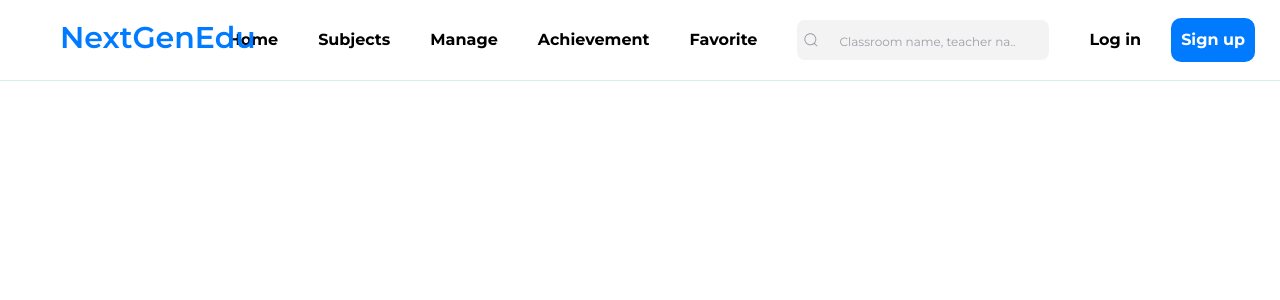
Repository: khoilvgcc210040/nextgenedu
Page: http://localhost/
These files come from the project's save history. The page is drawn as it stood at one moment and after the next save; the edit follows.
The browser window is 1280 px wide. The pictures show the whole page.
The page is served by the project's application, run on Django 5.2 (manage.py). Other server files are loaded and not shown.

Above is the page before, as saved 2024-08-11 21:42:06.

### home/templatetags/filters.py
from django import template

register = template.Library()

@register.filter(name='range')
def filter_range(start, end):
    return range(start, end)

### templates/home.html
{% load static %}
<!DOCTYPE html>
<html lang="en">
<head>
    <meta charset="UTF-8">
    <meta name="viewport" content="width=device-width, initial-scale=1.0">
    <title>Home</title>
    <!-- Bootstrap CSS -->
    <link href="https://stackpath.bootstrapcdn.com/bootstrap/4.5.2/css/bootstrap.min.css" rel="stylesheet">
</head>
<style>
    @import url('https://fonts.googleapis.com/css2?family=Montserrat:ital,wght@0,100..900;1,100..900&family=Roboto:ital,wght@0,100;0,300;0,400;0,500;0,700;0,900;1,100;1,300;1,400;1,500;1,700;1,900&display=swap');
    body, html {
        margin: 0;
        padding: 0;
        height: 100%;
        font-family: "Montserrat", sans-serif;
        overflow: hidden;
    }
</style>
<body>
    {% include "header.html" %}

</body>
</html>

### templates/header.html
{% load static %}
<!DOCTYPE html>
<html lang="en">
<head>
    <meta charset="UTF-8">
    <meta name="viewport" content="width=device-width, initial-scale=1.0">
</head>
<style>
    @import url('https://fonts.googleapis.com/css2?family=Montserrat:ital,wght@0,100..900;1,100..900&family=Roboto:ital,wght@0,100;0,300;0,400;0,500;0,700;0,900;1,100;1,300;1,400;1,500;1,700;1,900&display=swap');
    body, html {
        margin: 0;
        padding: 0;
        height: 100%;
        font-family: "Montserrat", sans-serif;
        overflow: hidden;
        overflow-y: auto;
    }

    .navbar .container {
        max-width: 1330px;
    }

    .navbar .navbar-nav .nav-link {
        border-radius: 10px;;
        margin: 10px;
        padding: 10px;
        color: #000;
        font-weight: 700;
        transition: all ease-in-out 0.3s;
    }

    .navbar .navbar-nav .nav-link:hover {
        transform: translateY(-3px);
    }


    .navbar {
        position: fixed;
        top: 0;
        left: 0;
        right: 0;
        background: #ffffff;
        border-bottom: 1px solid rgba(128, 208, 199, 0.35);
        z-index: 9;
        display: flex;
        justify-content: space-around;
        align-items: center;
        padding: 0;
    }

    .navbar .dropdown-menu {
        background: #ffffff;
        box-shadow: 0 1rem 3rem rgba(0, 0, 0, 0.175);
        border: 0;
        display: block;
        opacity: 0;
        min-width: 9rem;
        margin-top: 20px;
        padding: 13px 0 10px 0;
        transition: all 0.3s;
        pointer-events: none;
    }

    .navbar .dropdown-menu::before {
        content: "";
        width: 0;
        height: 0;
        border-left: 20px solid transparent;
        border-right: 20px solid transparent;
        border-bottom: 15px solid #ffffff;
        position: absolute;
        top: -10px;
        left: 10px;
    }

    .navbar .dropdown-item {
        display: inline-block;
        color: #000;
        font-family: "Montserrat", sans-serif;
        font-size: 14px;
        font-weight: 500;
        text-transform: uppercase;
        letter-spacing: 0.5px;
        position: relative;
    }

    .navbar .dropdown-item.active,
    .navbar .dropdown-item:active,
    .navbar .dropdown-item:focus,
    .navbar .dropdown-item:hover {
        background: transparent;
        color: #13547a;
    }

    .navbar .nav-item{
        display: flex;
        align-items: center;
    }

    .navbar .nav-item{
        color: blue;
    }

    @media screen and (min-width: 992px) {
        .navbar .dropdown:hover .dropdown-menu {
            opacity: 1;
            margin-top: 0;
            pointer-events: auto;
        }
    }

    .navbar .group {
        display: flex;
        line-height: 28px;
        align-items: center;
        position: relative;
        max-width: 280px;
    }

    .navbar .input {
        width: 100%;
        height: 40px;
        line-height: 28px;
        padding: 0 1rem;
        padding-left: 2.5rem;
        border: 2px solid transparent;
        border-radius: 8px;
        outline: none;
        background-color: #f3f3f4;
        color: #0d0c22;
        transition: .3s ease;
    }

    .navbar .input::placeholder {
        color: #9e9ea7;
        font-size: 12px;
    }

    .navbar .input:focus, input:hover {
        outline: none;
        border-color: rgba(234,76,137,0.4);
        background-color: #fff;
        box-shadow: 0 0 0 4px rgb(234 76 137 / 10%);
    }

    .navbar .icon {
        position: absolute;
        left: 1rem;
        fill: #9e9ea7;
        width: 1rem;
        height: 1rem;
    }

    .navbar .navbar-brand{
        color: #000;
        font-size: 30px;
        margin-bottom: 5px;
        font-weight: 600;
        position: absolute;
        left: 2em;
        transition: all ease-in-out 0.3s;
    }

    .navbar .navbar-brand:hover{
        color: #000;
        transform: translateY(-3px);
    }

    .navbar .collapse{
        display: flex;
        justify-content: flex-end;
    }

    .navbar img {
        height: 40px;
        width: auto;
        vertical-align: middle;
    }

    .btn-login:hover {
        background-color: #e2e8f0;
    }
</style>
<body>
    <nav class="navbar navbar-expand-lg">
        <div class="container">
            <a class="navbar-brand" href="{% url "home" %}">
                {% comment %} <svg xmlns="http://www.w3.org/2000/svg" width="30" height="30" fill="currentColor" class="bi bi-backpack3 text-primary" viewBox="0 0 16 20">
                    <path d="M4.04 7.43a4 4 0 0 1 7.92 0 .5.5 0 1 1-.99.14 3 3 0 0 0-5.94 0 .5.5 0 1 1-.99-.14M4 9.5a.5.5 0 0 1 .5-.5h7a.5.5 0 0 1 .5.5v4a.5.5 0 0 1-.5.5h-7a.5.5 0 0 1-.5-.5zm1 .5v3h6v-3h-1v.5a.5.5 0 0 1-1 0V10z"/>
                    <path d="M6 2.341V2a2 2 0 1 1 4 0v.341c.465.165.904.385 1.308.653l.416-1.247a1 1 0 0 1 1.748-.284l.77 1.027a1 1 0 0 1 .15.917l-.803 2.407C13.854 6.49 14 7.229 14 8v5.5a2.5 2.5 0 0 1-2.5 2.5h-7A2.5 2.5 0 0 1 2 13.5V8c0-.771.146-1.509.41-2.186l-.802-2.407a1 1 0 0 1 .15-.917l.77-1.027a1 1 0 0 1 1.748.284l.416 1.247A6 6 0 0 1 6 2.34ZM7 2v.083a6 6 0 0 1 2 0V2a1 1 0 1 0-2 0m5.941 2.595.502-1.505-.77-1.027-.532 1.595q.447.427.8.937M3.86 3.658l-.532-1.595-.77 1.027.502 1.505q.352-.51.8-.937M8 3a5 5 0 0 0-5 5v5.5A1.5 1.5 0 0 0 4.5 15h7a1.5 1.5 0 0 0 1.5-1.5V8a5 5 0 0 0-5-5"/>
                </svg> {% endcomment %}
                <span class="text-primary">NextGenEdu</span>
            </a>

            <div class="collapse navbar-collapse" id="navbarNav">
                <ul class="navbar-nav ms-lg-5 me-lg-auto">
                    <li class="nav-item">
                        <a class="nav-link click-scroll" href="{% url "home" %}">Home</a>
                    </li>

                    <li class="nav-item">
                        <a class="nav-link click-scroll" href="{% url "subjects" %}">Subjects</a>
                    </li>

                    <li class="nav-item">
                        <a class="nav-link click-scroll" href="index.html#section_3">Manage</a>
                    </li>

                    <li class="nav-item">
                        <a class="nav-link click-scroll" href="index.html#section_4">Achievement</a>
                    </li>

                    <li class="nav-item">
                        <a class="nav-link click-scroll" href="index.html#section_5">Favorite</a>
                    </li>

                    <li>
                        <div class="group nav-link click-scrol">
                        <svg class="icon" aria-hidden="true" viewBox="0 0 24 24"><g><path d="M21.53 20.47l-3.66-3.66C19.195 15.24 20 13.214 20 11c0-4.97-4.03-9-9-9s-9 4.03-9 9 4.03 9 9 9c2.215 0 4.24-.804 5.808-2.13l3.66 3.66c.147.146.34.22.53.22s.385-.073.53-.22c.295-.293.295-.767.002-1.06zM3.5 11c0-4.135 3.365-7.5 7.5-7.5s7.5 3.365 7.5 7.5-3.365 7.5-7.5 7.5-7.5-3.365-7.5-7.5z"></path></g></svg>
                        <input placeholder="Classroom name, teacher na..." type="search" class="input">
                        </div>
                    </li>
                    {% if user.is_authenticated %}
                    <li class="nav-item dropdown">
                        <a class="nav-link" href="#section_5" id="navbarLightDropdownMenuLink" role="button" data-bs-toggle="dropdown" aria-expanded="false">✙ Create</a>

                        <ul class="dropdown-menu dropdown-menu-light" aria-labelledby="navbarLightDropdownMenuLink">
                            <li><a class="dropdown-item" href="topics-listing.html">Topics Listing</a></li>

                            <li><a class="dropdown-item active" href="contact.html">Contact Form</a></li>
                        </ul>
                    </li>

                    <li class="nav-item dropdown">
                        <a class="nav-link" href="#section_5" id="navbarLightDropdownMenuLink" role="button" data-bs-toggle="dropdown" aria-expanded="false"><img src="{% static "user.png" %}" alt=""></a>

                        <ul class="dropdown-menu dropdown-menu-light" aria-labelledby="navbarLightDropdownMenuLink">
                            <li><a class="dropdown-item" href="topics-listing.html">Setting</a></li>

                            <li><a class="dropdown-item active" href="{% url "logout" %}">Logout</a></li>
                        </ul>
                    </li>
                    {% else %}
                    <li class="nav-item">
                        <a class="btn-login nav-link click-scroll " href="{% url "auth" %}?form=login">Log in</a>
                    </li>
                    <li class="nav-item">
                        <a class="nav-link click-scroll bg-primary text-white" href="{% url "auth" %}?form=signup">Sign up</a>
                    </li>
                    {% endif %}
                </ul>
            </div>
        </div>
    </nav>
</body>
</html>

### home/views.py
from datetime import date
from django.http import HttpResponse
from django.shortcuts import render, redirect, get_object_or_404
from django.contrib.auth import authenticate, login, logout
from django.contrib import messages
from home.models import Classroom, CustomUser, Subjects

from django.contrib.auth.tokens import default_token_generator
from django.contrib.auth.forms import SetPasswordForm
from django.utils.http import urlsafe_base64_encode, urlsafe_base64_decode
from django.utils.encoding import force_bytes, force_str
from django.template.loader import render_to_string
from django.core.mail import send_mail

def home(request):
    if 'login_email' in request.session:
        del request.session['login_email']
    if 'signup_data' in request.session:
        del request.session['signup_data']
    context = {}
    return render(request, 'home.html', context)

def authPage(request):
    if request.method == 'POST':
        form_type = request.POST.get('form', 'signup')
        signup_error = False
        login_error = False

        if form_type == 'signup':
            email = request.POST.get('email')
            username = request.POST.get('username')
            password = request.POST.get('password')
            confirmPassword = request.POST.get('confirm-password')
            day = int(request.POST.get('day'))
            month = int(request.POST.get('month'))
            year = int(request.POST.get('year'))
            role = request.POST.get('role')
            grade = request.POST.get('grade')
            terms = request.POST.get('terms') == 'on'

            errors = False

            if CustomUser.objects.filter(email=email).exists():
                messages.info(request, '❌ This email is already registered. Please use a different email address.', extra_tags='signup')
                errors = True

            if CustomUser.objects.filter(username=username).exists():
                messages.info(request, '❌ This username is already taken. Please choose a different username.', extra_tags='signup')
                errors = True

            if password != confirmPassword:
                messages.info(request, '❌ The passwords do not match. Please check and re-enter them.', extra_tags='signup')
                errors = True

            if errors:
                signup_error = True
                request.session['signup_data'] = {
                    'email': email,
                    'username': username,
                    'day': day,
                    'month': month,
                    'year': year,
                    'role': role,
                    'grade': grade,
                    'terms': terms
                }
                return redirect('/auth/?form=signup&signup_error=True')
            else:
                user = CustomUser.objects.create_user(username=username, email=email, password=password)
                user.date_of_birth = date(year, month, day)
                user.role = role
                user.grade = grade
                user.terms_accepted = terms
                user.save()

                user = authenticate(request, email=email, password=password)
                login(request, user)
                return redirect('home')

        elif form_type == 'login':
            email = request.POST.get('email')
            password = request.POST.get('login-password')

            user = authenticate(request, email=email, password=password)

            if user is not None:
                login(request, user)
                return redirect('home')
            else:
                messages.info(request, 'Oops. Something went wrong 😅. Please try again.', extra_tags='login')
                login_error = True
                request.session['login_email'] = email
                return redirect('/auth/?form=login&login_error=True')
    else:
        form_type = request.POST.get('form', 'signup')
        signup_error = request.GET.get('signup_error', 'False') == 'True'
        login_error = request.GET.get('login_error', 'False') == 'True'
        signup_data = request.session.pop('signup_data', {})
        days = list(range(1, 32))
        months = {i: month for i, month in enumerate(["January", "February", "March", "April", "May", "June", "July", "August", "September", "October", "November", "December"], start=1)}
        years = list(range(1900, 2024 + 1))
        context = {
            'form_type': form_type,
            'signup_error': signup_error,
            'login_error': login_error,
            'email': signup_data.get('email', ''),
            'username': signup_data.get('username', ''),
            'day': signup_data.get('day', ''),
            'month': signup_data.get('month', ''),
            'year': signup_data.get('year', ''),
            'role': signup_data.get('role', ''),
            'grade': signup_data.get('grade', ''),
            'terms': signup_data.get('terms', False),
            'days': days,
            'months': months,
            'years': years,
            'login_email': request.session.get('login_email') if request.session.get('login_email') else "",
        }
        return render(request, 'auth.html', context)

def logoutPage(request):
    logout(request)
    return redirect('home')

def subjects(request):
    subjects = Subjects.objects.all()
    context = {
        'subjects' : subjects
    }
    return render(request, 'subjects.html', context)

import logging
logger = logging.getLogger(__name__)

def forgot_password(request):
    if request.method == 'POST':
        email = request.POST.get('email')
        associated_users = CustomUser.objects.filter(email=email)
        if associated_users.exists():
            for user in associated_users:
                subject = "Password Reset Requested"
                email_template_name = "password_reset_email.html"
                uidb64 = urlsafe_base64_encode(force_bytes(user.pk))
                logger.debug(f'Generated uidb64: {uidb64}')
                c = {
                    "email": user.email,
                    'domain': 'localhost:8000',
                    'site_name': 'Website',
                    "uidb64": uidb64,
                    "user": user,
                    'token': default_token_generator.make_token(user),
                    'protocol': 'http',
                }
                email = render_to_string(email_template_name, c)
                send_mail(subject, email, 'NextGenEdu <nextgenedu03.info@gmail.com>', [user.email], fail_silently=False)
            return render(request, 'check_your_email.html')
        else:
            messages.error(request, 'This email does not exist in our system.')
            return redirect('forgot_password')
    return render(request, 'forgot_password.html')


def reset_password(request, uidb64=None, token=None):
    if uidb64 is not None and token is not None:
        try:
            uid = force_str(urlsafe_base64_decode(uidb64))
            user = CustomUser.objects.get(pk=uid)
        except (TypeError, ValueError, OverflowError, CustomUser.DoesNotExist):
            user = None

        if user is not None and default_token_generator.check_token(user, token):
            if request.method == 'POST':
                new_password = request.POST.get('new_password')
                confirm_password = request.POST.get('confirm_password')

                if new_password == confirm_password:
                    user.set_password(new_password)
                    user.save()
                    messages.success(request, 'Your password has been successfully changed.')
                    return redirect('reset_password')
                else:
                    messages.error(request, 'Passwords do not match. Please try again.')
                    return redirect(request.path)
            return render(request, 'reset_password.html')
        else:
            messages.error(request, 'The reset link is invalid or has expired.')
            return redirect('forgot_password')
    else:
        messages.error(request, 'Invalid request.')
        return redirect('forgot_password')

def classrooms(request, subject_id, grade):
    subject = get_object_or_404(Subjects, id=subject_id, grade=grade)
    status = request.GET.get('status', None)

    if status is not None:
        classrooms = Classroom.objects.filter(subject=subject, grade=grade, status=status)
    else:
        classrooms = Classroom.objects.filter(subject=subject, grade=grade)

    context = {
        'subject': subject,
        'grade': grade,
        'classrooms': classrooms,
        'status': status,
    }
    return render(request, 'classrooms.html', context)

def enter_password(request, classroom_id):
    classroom = get_object_or_404(Classroom, id=classroom_id)

    if request.method == 'POST':
        entered_password = request.POST.get('password')
        if entered_password == classroom.password:
            return HttpResponse("Access Granted")
        else:
            return HttpResponse("Incorrect password")

    return redirect('classrooms', subject_id=classroom.subject.id, grade=classroom.grade)

### home/urls.py
from django.urls import include, path
from . import views

urlpatterns = [
    path('', views.home, name='home'),
    path('auth/', views.authPage, name='auth'),
    path('logout/', views.logoutPage, name='logout'),
    path('subjects/', views.subjects, name='subjects'),
    path('subjects/<int:subject_id>/grade/<int:grade>/classrooms/', views.classrooms, name='classrooms'),
    path('classrooms/<int:classroom_id>/enter-password/', views.enter_password, name='enter_password'),
    path('forgot-password/', views.forgot_password, name='forgot_password'),
    path('reset-password/<uidb64>/<token>/', views.reset_password, name='reset_password'),
]

Loaded but not shown: nextgenedu/urls.py (common file)

After the next save:
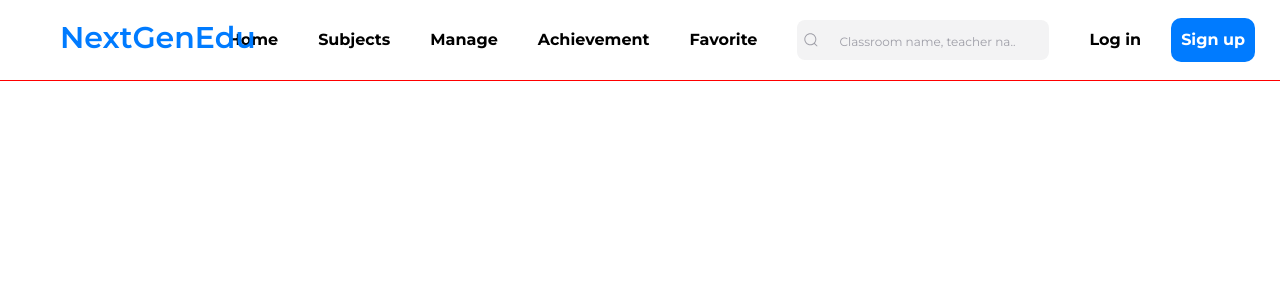
Saved 111 s later.
--- a/templates/header.html
+++ b/templates/header.html
@@ -46,6 +46,7 @@
         justify-content: space-around;
         align-items: center;
         padding: 0;
+        border-bottom-color: red;
     }
 
     .navbar .dropdown-menu {

After the save that followed:
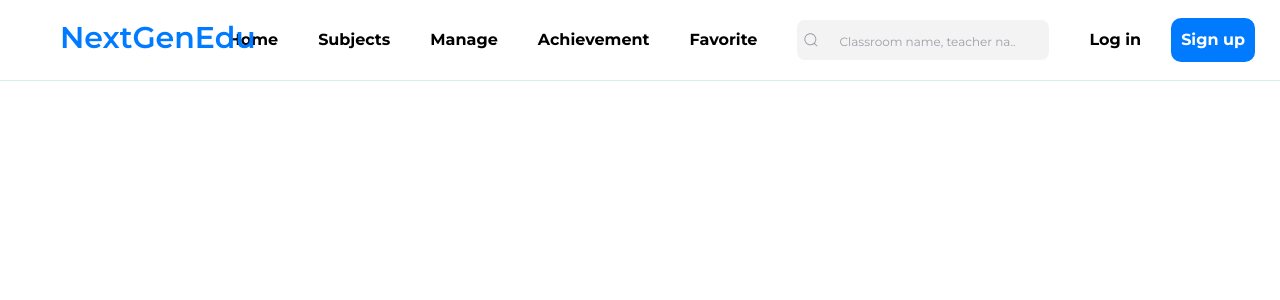
Saved 10 s later.
--- a/templates/header.html
+++ b/templates/header.html
@@ -46,7 +46,6 @@
         justify-content: space-around;
         align-items: center;
         padding: 0;
-        border-bottom-color: red;
     }
 
     .navbar .dropdown-menu {
